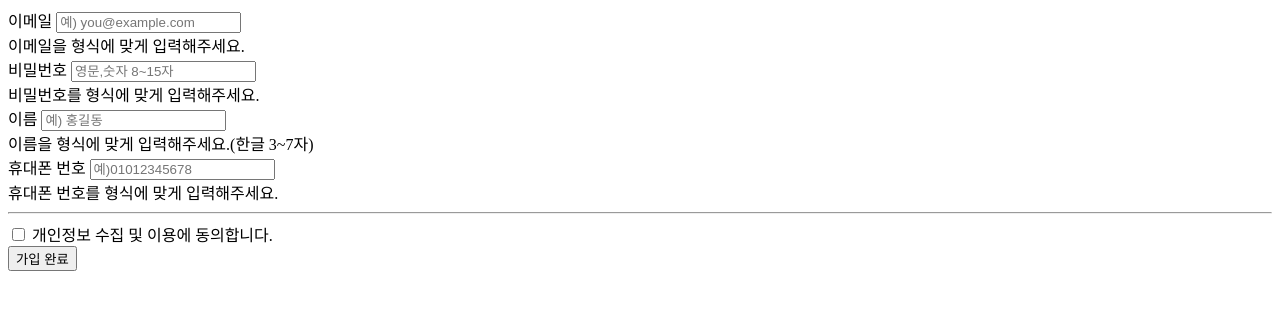
Repository: PacJ/spring_project
Page: http://localhost/spring_project/WEB-INF/views/user/signup.jsp
These files come from the project's save history. The page is drawn as it stood at one moment and after the next save; the edit follows.
The browser window is 1280 px wide. The pictures show the whole page.
The page is served by Tomcat 9. Nobody is signed in. Other server files are loaded and not shown. The template is opened directly, without the code that normally fills it, so the values that code supplies are empty.

Above is the page before, as saved 2023-02-28 02:23:53.

### spring_project/src/main/webapp/WEB-INF/views/user/signup.jsp
<%@ page language="java" contentType="text/html; charset=UTF-8"
    pageEncoding="UTF-8"%>


 <div class="container">
     <div class="input-form-backgroud row">
      <div class="input-form col-md-12 mx-auto">
        <form class="validation-form" method="post" action="signup.do" novalidate >

           <div class="row">
	         <div class="mb-3">
	            <label for="email">이메일</label>
	            <input type="text" class="form-control" name="memberEmail"
	            		pattern="[A-Za-z0-9_]+[A-Za-z0-9]*[@]{1}[A-Za-z0-9]+[A-Za-z0-9]*[.]{1}[A-Za-z]{1,3}"
	            		placeholder="예) you@example.com" required>
	            <div class="invalid-feedback">
	              이메일을 형식에 맞게 입력해주세요.
	            </div>
	          </div>

	          <div class="mb-3">
	            <label for="pass">비밀번호</label>
	            <input type="password"  class="form-control" name="memberPass"
	            pattern="[a-zA-Z0-9]{8,15}"  placeholder="영문,숫자 8~15자" required>
	            <div class="invalid-feedback">
	              비밀번호를 형식에 맞게 입력해주세요.
	            </div>
	          </div>

	          <!--           <div class="mb-3">
	            <label for="passChk">비밀번호 재입력</label>
	            <input type="text"  class="form-control" name="member_passChk"
	            pattern="[a-zA-Z0-9]{8,15}" placeholder="영문,숫자 8~15자" required>
	           <div class="invalid-feedback">
	              비밀번호가 일치하지 않습니다.
	            </div>
	          </div>  -->

	           <div class="mb-3">
	              <label for="name">이름</label>
	              <input type="text" class="form-control" name="memberName"
	              pattern="[가-힣]{3,7}" placeholder="예) 홍길동 " required>
	              <div class="invalid-feedback">
	                이름을 형식에 맞게 입력해주세요.(한글 3~7자)
	              </div>
	            </div>



	          <div class="mb-3">
	            <label for="email">휴대폰 번호</label>
	            <input type="text" class="form-control" name="memberPhone"  pattern="^010[0-9]{8}$" placeholder="예)01012345678" required>
	            <div class="invalid-feedback">
	              휴대폰 번호를 형식에 맞게 입력해주세요.
	            </div>
	          </div>


	          <hr class="mb-4">
	          <div class="custom-control custom-checkbox">
	            <input type="checkbox" class="custom-control-input" id="aggrement" required>
	            <label class="custom-control-label" for="aggrement">개인정보 수집 및 이용에 동의합니다.</label>
	          </div>
	          <div class="mb-4">
	          <input type="hidden" name="memberType" value="1" />
	           <button class="btn btn-dark btn-lg btn-block" type="submit">가입 완료</button>
	           </div>
	        </div>

	      </form>
	      </div>
    </div>
</div>

  <script >
      const forms = document.getElementsByClassName('validation-form');

      Array.prototype.filter.call(forms, (form) => {
        form.addEventListener('submit', function (event) {
          if (form.checkValidity() === false) {
            event.preventDefault();
            event.stopPropagation();
          }

          form.classList.add('was-validated');
        }, false);
      });

  </script>

After the next save:
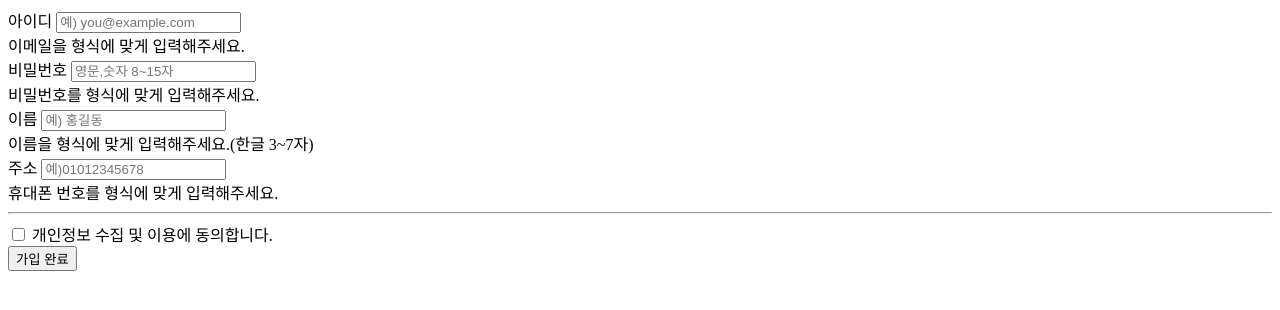
Saved 100 min 55 s later.
--- a/spring_project/src/main/webapp/WEB-INF/views/user/signup.jsp
+++ b/spring_project/src/main/webapp/WEB-INF/views/user/signup.jsp
@@ -9,7 +9,7 @@
 
            <div class="row">
 	         <div class="mb-3">
-	            <label for="email">이메일</label>
+	            <label for="email">아이디</label>
 	            <input type="text" class="form-control" name="memberEmail"
 	            		pattern="[A-Za-z0-9_]+[A-Za-z0-9]*[@]{1}[A-Za-z0-9]+[A-Za-z0-9]*[.]{1}[A-Za-z]{1,3}"
 	            		placeholder="예) you@example.com" required>
@@ -48,7 +48,7 @@
 
 
 	          <div class="mb-3">
-	            <label for="email">휴대폰 번호</label>
+	            <label for="address">주소</label>
 	            <input type="text" class="form-control" name="memberPhone"  pattern="^010[0-9]{8}$" placeholder="예)01012345678" required>
 	            <div class="invalid-feedback">
 	              휴대폰 번호를 형식에 맞게 입력해주세요.
